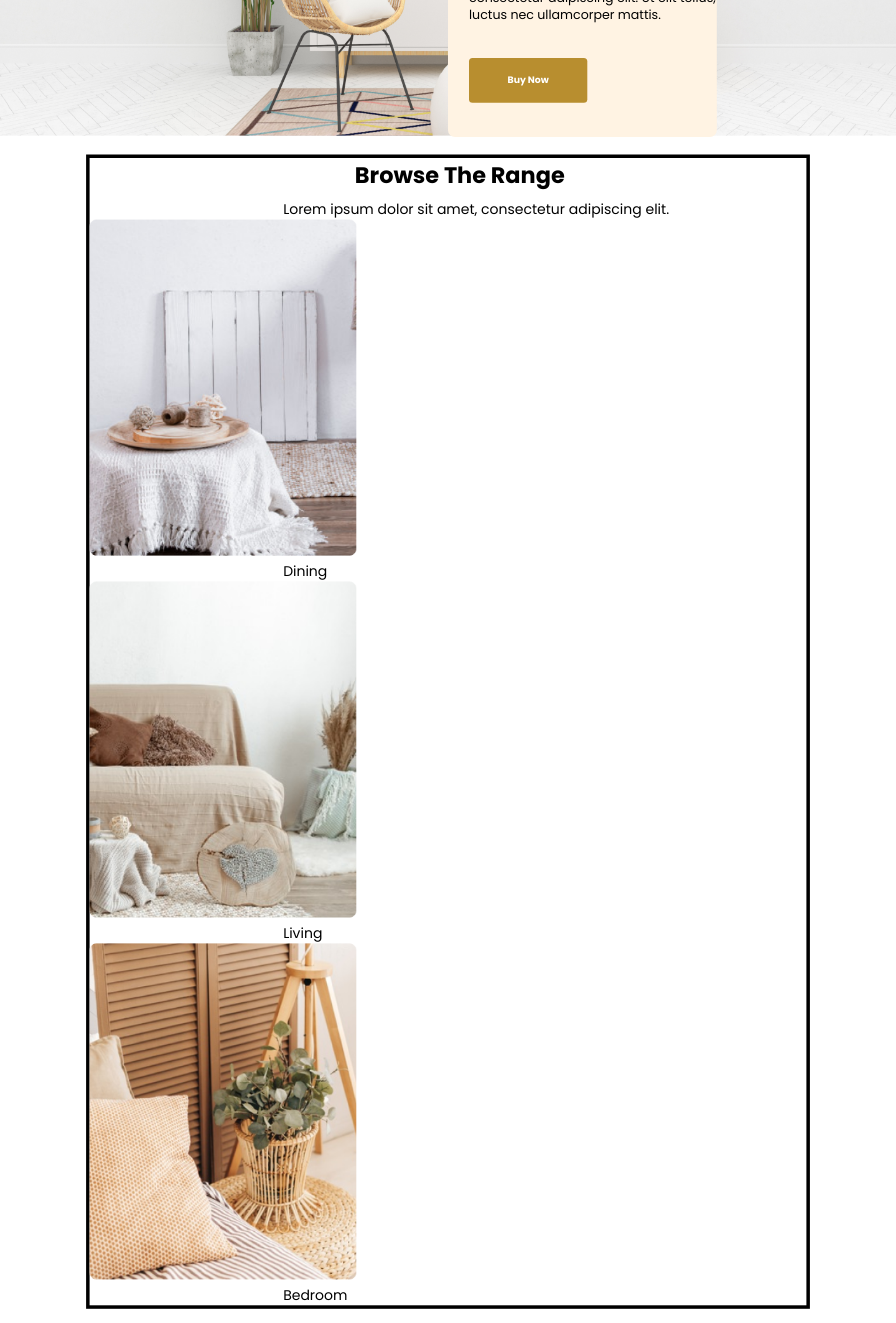
Repository: DT2301/project
Page: index.html
These files come from the project's save history. The page is drawn as it stood at one moment and after the next save; the edit follows.
The browser window is 1280 px wide. The pictures show the part of the page from y = 544 to 2464 px (the page is 2434 px tall before and 2464 px after), at 70% of full size.
A picture or video elsewhere on the page could not be fetched, so the positions and the page height are approximate.

Above is the page before, as saved 2024-01-07 10:34:50.

### index.html
<!DOCTYPE html>
<html lang="en">

<head>
    <meta charset="UTF-8">
    <meta name="viewport" content="width=device-width, initial-scale=1.0">
    <title>Document</title>
    <link rel="preconnect" href="https://fonts.googleapis.com">
    <link rel="preconnect" href="https://fonts.gstatic.com" crossorigin>
    <link
        href="https://fonts.googleapis.com/css2?family=Poppins:ital,wght@0,400;0,500;0,600;0,700;1,400;1,600;1,700&display=swap"
        rel="stylesheet">
    <link rel="stylesheet" href="style.css">
</head>

<body>
    <header>
        <div class="sidebar">
            <div class="logo">
                <a href=""> <img srcset="./image/logox2.png 2x" alt=""></a>
            </div>
            <ul class="sidebar__menu--center">
                <li class="menu menu--home">
                    <a href="">Home</a>
                </li>
                <li class="menu menu--shop">
                    <a href="">Shop</a>
                </li>
                <li class="menu menu--about">
                    <a href="">About</a>
                </li>
                <li class="menu menu--contact">
                    <a href="">Contact</a>
                </li>
            </ul>
            <ul class="sidebar__menu--icon">
                <li class="menu menu--user">
                    <a href="">
                        <span>
                            <ion-icon name="person-outline"></ion-icon>
                        </span>
                    </a>
                </li>
                <li class="menu menu--search">
                    <a href="">
                        <span>
                            <ion-icon name="search-outline"></ion-icon>
                        </span>
                    </a>
                </li>
                <li class="menu menu--heart">
                    <a href="">
                        <span>
                            <ion-icon name="heart-outline"></ion-icon>
                        </span>
                    </a>
                </li>
                <li class="menu menu--cart">
                    <a href="">
                        <span>
                            <ion-icon name="cart-outline"></ion-icon>
                        </span>
                    </a>
                </li>
            </ul>
        </div>
        <div class="wrapper">
            <div class="background">
                <img class="wrapper__background" srcset="./image/background.png " alt="">
            </div>
            <div class="infor">
                <span>
                    New Arrial
                </span>
                <h2>
                    Discover Our <br>
                    New Collection
                </h2>
                <p>
                    Lorem ipsum dolor sit amet, consectetur adipiscing elit. Ut elit tellus, luctus nec ullamcorper
                    mattis.
                </p>
                <button type="button" class="wrapper__btn"> Buy Now </button>
            </div>
        </div>
    </header>

    <main>
        <div class="Browse">
            <h2>Browse The Range</h2>
            <p>Lorem ipsum dolor sit amet, consectetur adipiscing elit.</p>
            <div class="Browse__img">
                <div class="img img1">
                    <img src="./image/Dining.png" alt="">
                    <p>Dining</p>
                    </img>
                </div>
                <div class="img img2">
                    <img src="./image/living.png" alt="">
                    <p>Living</p>
                    </img>
                </div>
                <div class="img img3">
                    <img src="./image/bedroom.png" alt="">
                    <p>Bedroom</p>
                    </img>
                </div>
            </div>
        </div>
    </main>

    <script type="module" src="https://unpkg.com/ionicons@7.1.0/dist/ionicons/ionicons.esm.js"></script>
    <script nomodule src="https://unpkg.com/ionicons@7.1.0/dist/ionicons/ionicons.js"></script>
</body>

</html>

### style.css
* {
  padding: 0;
  margin: 0;
  font-family: "Poppins", sans-serif;
  color: black;
}

a,
ul {
  list-style: none;
  text-decoration: none;
}

.sidebar {
  display: flex;
  flex-direction: row;
  justify-content: center;
  align-items: center;
  background-color: white;
  width: 100%;
  height: 100px;
}

.logo {
  position: absolute;
  left: 50px;
}

.sidebar__menu--center {
  width: 30%;
  display: flex;
  justify-content: space-between;
  font-size: 16px;
  font-weight: 500;
  line-height: 24px;
}

.sidebar__menu--icon{
  display: flex;
  width: 15%;
  position: absolute;
  justify-content: space-between;
  right: 70px;
  font-size: 25px;
}


.wrapper__background{
    width: 100%;
    height: 100%;
    object-fit: cover;
}

.infor{
    box-sizing: border-box;
    background-color: #FFF3E3;
    width: 30%;
    height: 440px;
    border-radius: 10px;
    position: absolute;
    right: 20%;
    top: 300px;
    padding-left: 30px;
    padding-top: 50px;
    padding-bottom: 50px;
}

.infor span{
    line-height: 24px;
    font-weight: 600;
    letter-spacing: 3px;
    color: #333333 ;
    margin-bottom: 30px;
}

.infor h2{
    font-size: 45px;
    line-height: 65px;
    font-weight: 700;
    color: #B88E2F;
}

.infor p{
    font-size: 18px;
    line-height: 24px;
    margin-bottom: 50px;
}

.wrapper__btn{
    background-color: #B88E2F;
    color: #ffffff;
    Padding :20px 55px;
    font-weight: 700;
    line-height: 24px;
    border: none;
    border-radius: 5px;
}

/* main */

.Browse{
    width: 80%;
    border: 5px solid black;
    margin: 20px auto;
}

.Browse h2{
    font-size: 32px;
    line-height: 48px;
    font-weight: 700;
    margin-left: 37%;
    margin-bottom: 10px;
}

.Browse p {
    font-weight: 400;
    font-size: 20px;
    line-height: 30px;
    margin-left: 27%;
}

After the next save:
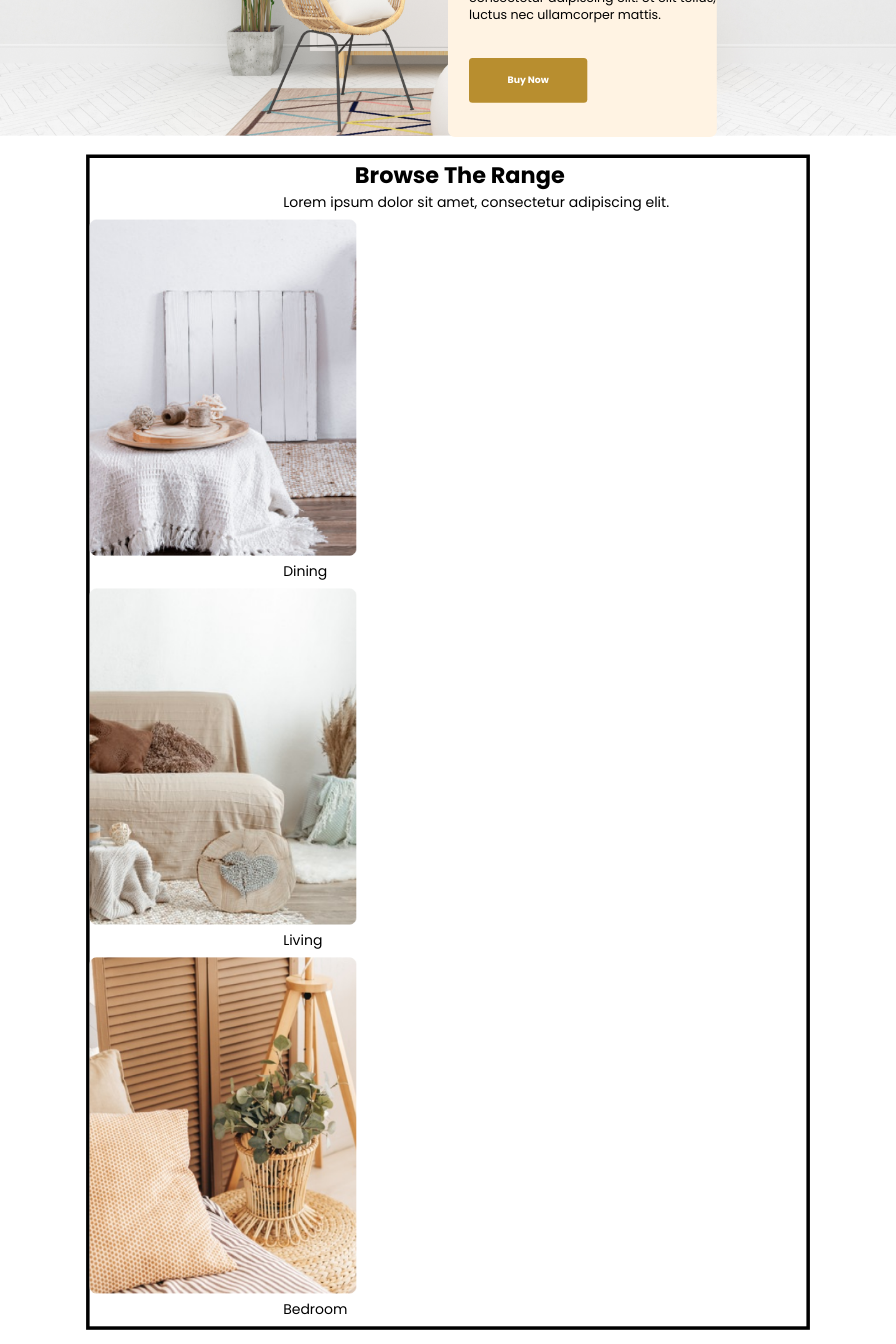
Saved 33 s later.
--- a/style.css
+++ b/style.css
@@ -109,7 +109,6 @@ ul {
     line-height: 48px;
     font-weight: 700;
     margin-left: 37%;
-    margin-bottom: 10px;
 }
 
 .Browse p {
@@ -117,4 +116,5 @@ ul {
     font-size: 20px;
     line-height: 30px;
     margin-left: 27%;
+    margin-bottom: 10px;
 }
